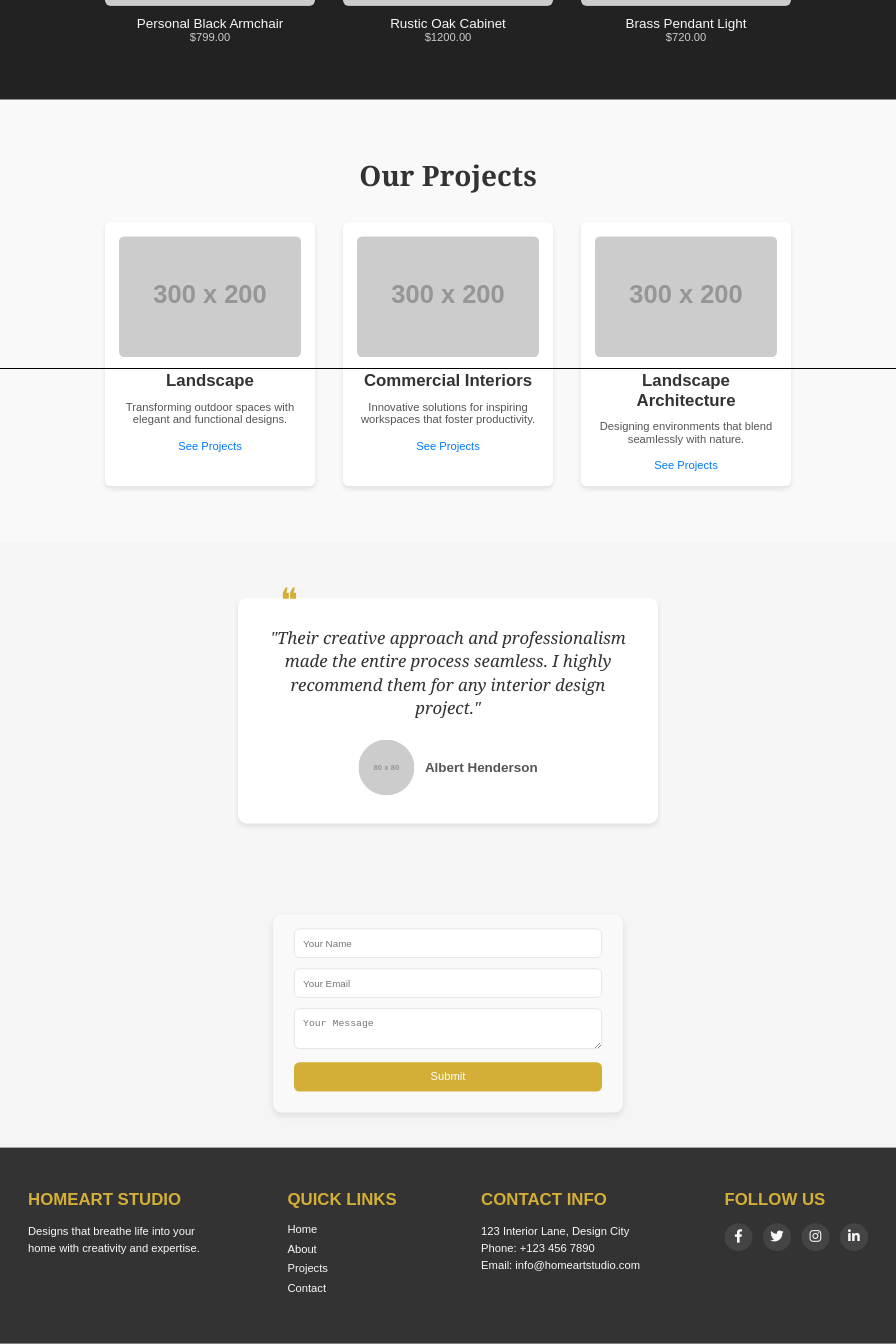
Repository: Patience225/home-decor-studio
Page: index.html
The author's editor kept a copy of each file at every save. The page is drawn from the files as they stood at one save, then again after the next save.
The browser window is 1280 px wide. The pictures show the part of the page from y = 2378 to 4298 px (the page is 4298 px tall), at 70% of full size.

Above is the page before, as saved 2025-01-29 04:55:34.

After the next save:
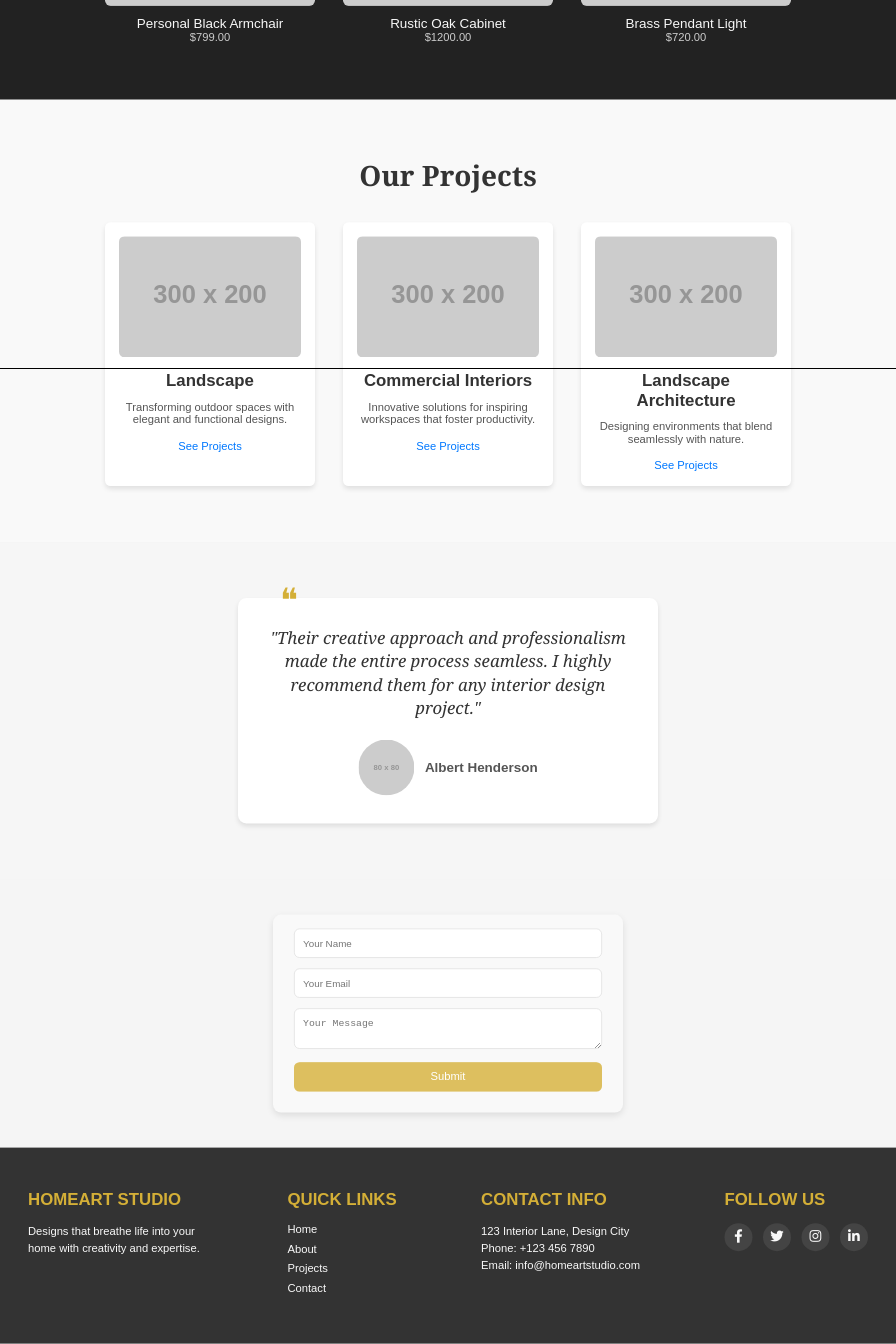
Saved 3 min 1 s later.
--- a/styles.css
+++ b/styles.css
@@ -463,6 +463,26 @@ header {
 #form-feedback.error {
   color: red;
 }
+/* Submit Button Hover Animation */
+#contact-form button {
+  position: relative;
+  overflow: hidden;
+}
+
+#contact-form button::after {
+  content: '';
+  position: absolute;
+  top: 0;
+  left: -100%;
+  width: 300%;
+  height: 100%;
+  background: rgba(255, 255, 255, 0.2);
+  transition: left 0.4s ease;
+}
+
+#contact-form button:hover::after {
+  left: 100%;
+}
 
 
 /* Footer Styles */
